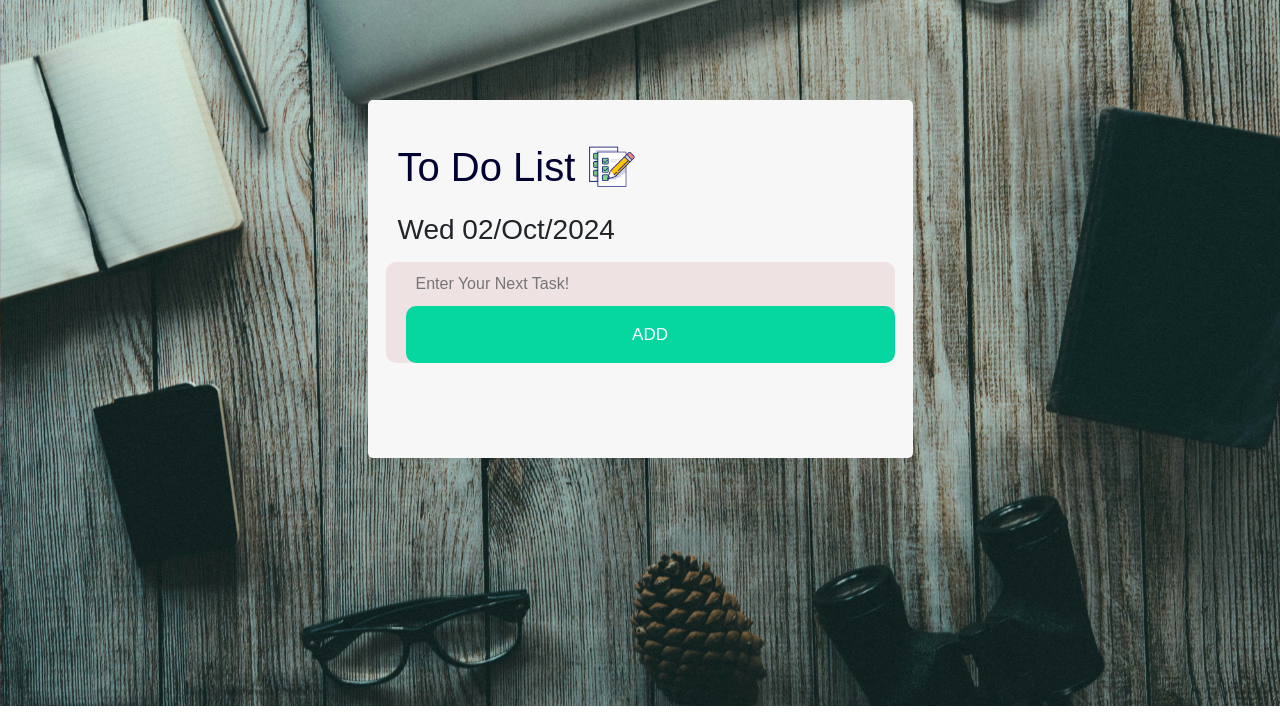
Repository: zeinawady/To_Do_List
Page: index.html
These files come from the project's save history. The page is drawn as it stood at one moment and after the next save; the edit follows.
The browser window is 1280 px wide. The pictures show the whole page.

Above is the page before, as saved 2024-10-02 02:20:52.

### index.html
<!DOCTYPE html>
<html lang="en">

<head>
    <meta charset="UTF-8">
    <meta name="viewport" content="width=device-width, initial-scale=1.0">
    <title>To Do list</title>
    <link href="https://cdn.jsdelivr.net/npm/bootstrap@5.3.3/dist/css/bootstrap.min.css" rel="stylesheet" integrity="sha384-QWTKZyjpPEjISv5WaRU9OFeRpok6YctnYmDr5pNlyT2bRjXh0JMhjY6hW+ALEwIH" crossorigin="anonymous">
    <link rel="stylesheet" href="css/style.css">
</head>

<body>

    <div class="container">
        <div class="todo-app">
            <h1>To Do List <img src="images/todolistpng.png" alt="to-do-list" class="logo"></h1>
           <h3 id="date"></h3>
            <div class="row">
                <input class="input-Text" type="text" id="input-box" placeholder="Enter Your Next Task!">
                <button class="input-btn" onclick="addTask()">ADD</button>
            </div>
            <ul id="list-container">
                <!-- <li class="checked">Task 0</li>
                <li>Task 1</li> -->
            </ul>
        </div>


    </div>
    <script src="https://cdn.jsdelivr.net/npm/bootstrap@5.3.3/dist/js/bootstrap.bundle.min.js" integrity="sha384-YvpcrYf0tY3lHB60NNkmXc5s9fDVZLESaAA55NDzOxhy9GkcIdslK1eN7N6jIeHz" crossorigin="anonymous"></script>
    <script src="script.js"></script>
</body>

</html>

### css/style.css
* {
    margin: 0;
    padding: 0;
    box-sizing: border-box;
    font-family: Arial, Helvetica, sans-serif;
}

:root {
    --font-color: rgb(1, 1, 49);
}

li {
    list-style: none;
}
body{
    background-image: url(../images/background3.jpg);
    background-position: center;
    background-size: cover;
    background-repeat: no-repeat;
    height: ;
}


.todo-app {

    max-width: 545px;
    background-color: rgb(247, 247, 247);
    margin: 100px auto;
    padding: 40px 30px 70px;
    border-radius: 5px;
    transition: 0.5s;
}

.todo-app:hover {
    box-shadow: 4px 5px rgb(114, 114, 114);

}

.todo-app h1 {
    color: var(--font-color);
    display: flex;
    align-items: center;
    margin-bottom: 20px;

}
#date{
    margin-bottom: 15px;
}

.logo {
    width: 53px;
    margin-left: 10px;
}

.row {
    display: flex;
    align-items: center;
    justify-content: space-between;
    background-color: #efe2e2;
    border-radius: 10px;
    padding-left: 20px;
    margin-bottom: 25px;
}

.input-Text {
    flex: 1;
    border: none;
    outline: none;
    background-color: transparent;
    padding: 10px;
    font-weight: 14px;
}

.input-btn {
    border: none;
    outline: none;
    padding: 16px 50px;
    background-color: #06d6a0;
    border-radius: 10px;
    color: rgb(255, 255, 255);
    font-size: 17px;
    transition: 0.3s;
}

.input-btn:hover {
    background-color: #05b183;
    cursor: pointer;
}

ul li {
    position: relative;
    font-size: 17px;
    padding: 12px 2px 12px 40px;
    user-select: none;
    cursor: pointer;
}

ul li::before {
    content: '';
    position: absolute;
    height: 28px;
    width: 28px;
    border-radius: 50%;
    background-image: url(../images/unchecked.png);
    background-size: cover;
    background-position: center;
    left: 1px;
    top: 8px;
}

ul li.checked {
    color: #555;
    text-decoration: line-through;

}

ul li.checked::before {
    color: #666;
    background-image: url(../images/checked.png);
}

ul li span {
    position: absolute;
    right: 0;
    top: 5px;
    width: 30px;
    height: 30px;
    font-size: 22px;
    color: #555;
    line-height: 30px;
    text-align: center;
    border-radius: 50%;
    /* border: solid; */
    transition: 0.2s;
}

ul li span:hover {
    background-color: #e8e6e6;
}
ul li button{
    position: absolute;
    right: 35px;
    top: 2px;
    width: 30px;
    height: 30px;
    text-align: center;
    cursor: pointer;
    border: none;
    outline: none;
    background-color: #06d6a0;
    border-radius: 50%;
    color: rgb(255, 255, 255);
    transition: 0.3s;
    font-size: 20px;
}

### script.js
let listContainer = document.getElementById("list-container");
let inputBox = document.getElementById("input-box");
let currentDate= document.getElementById("date");
function addTask() {
    if (inputBox.value === '') {
        alert("No Task Added!");
    }
    else {
        let li = document.createElement("li");
        li.innerHTML = inputBox.value;
        listContainer.appendChild(li);
        let xSign = document.createElement("span");
        xSign.innerHTML = '\u00d7';  // x sign code
        li.appendChild(xSign);

        let editBtn = document.createElement("button");
        editBtn.innerHTML="\u270E";

        li.appendChild(editBtn);
    }
    inputBox.value = "";  //so that input text become empty again
    saveTask();

}

inputBox.addEventListener("keydown", function (e) {
    if (e.key === "Enter") {
        e.preventDefault();
        addTask();
    }
});

listContainer.addEventListener("click", function (e) {
    //e is the event object contains info about event & target element that was clicked.
    if (e.target.tagName === "LI") {
        e.target.classList.toggle("checked");
        saveTask();
    }
    else if (e.target.tagName === "SPAN") {
        e.target.parentElement.remove();
        saveTask();

    }
    else if(e.target.tagName==="BUTTON"){
        let li=e.target.parentElement;
        let currentTask=li.firstChild.textContent;
        let newTask=prompt("Edit Your Task: " , currentTask);
        li.firstChild.textContent=newTask;
    }
})

function saveTask() {
    localStorage.setItem("Task", listContainer.innerHTML);
}
function showTask() {
    listContainer.innerHTML = localStorage.getItem("Task");
}
showTask();

function displayDate(){
    let date=new Date();
    date=date.toString().split(" ");
    currentDate.innerHTML=date[0]+" "+ date[2]+'/'+ date[1] +'/'+ date[3];
    console.log();
}
window.onload=displayDate();

After the next save:
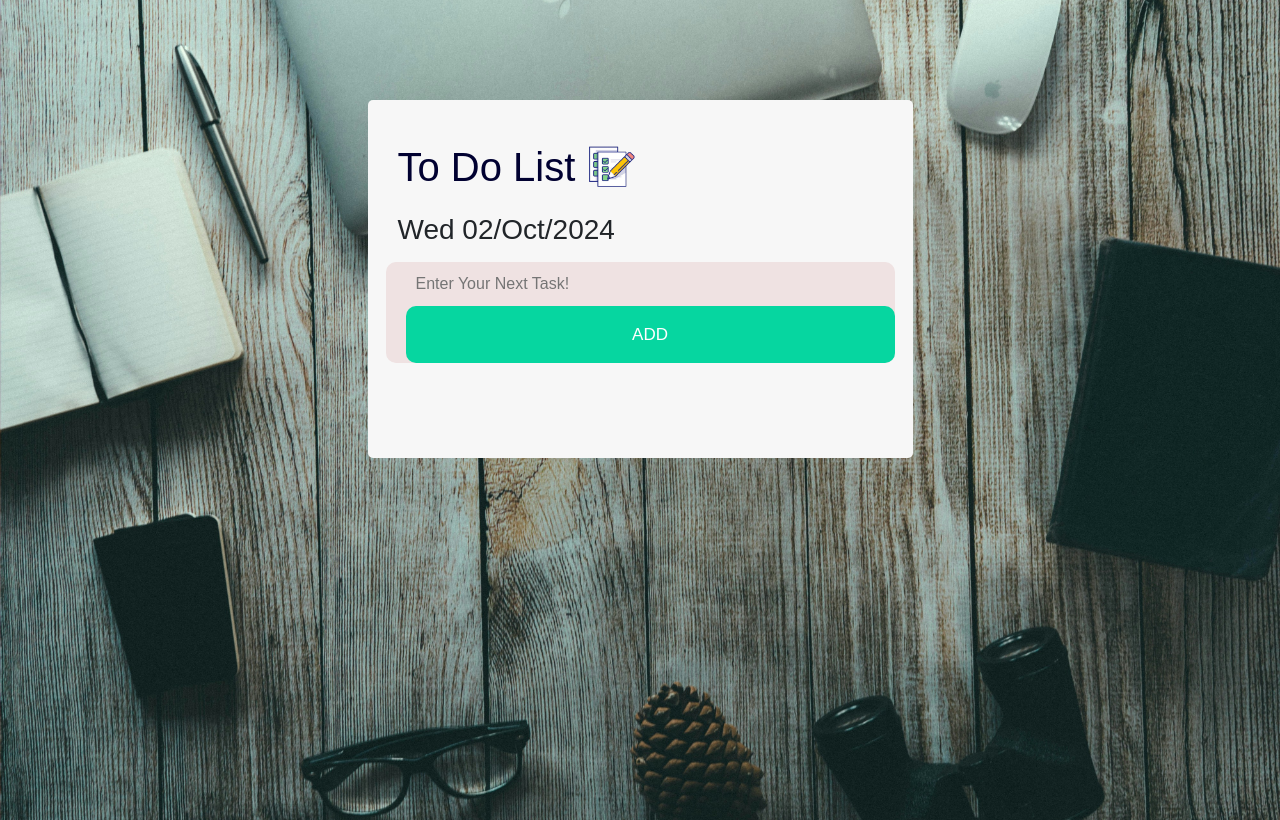
Saved 4 s later.
--- a/css/style.css
+++ b/css/style.css
@@ -17,7 +17,7 @@ body{
     background-position: center;
     background-size: cover;
     background-repeat: no-repeat;
-    height: ;
+    height: 100vh;
 }
 
 
